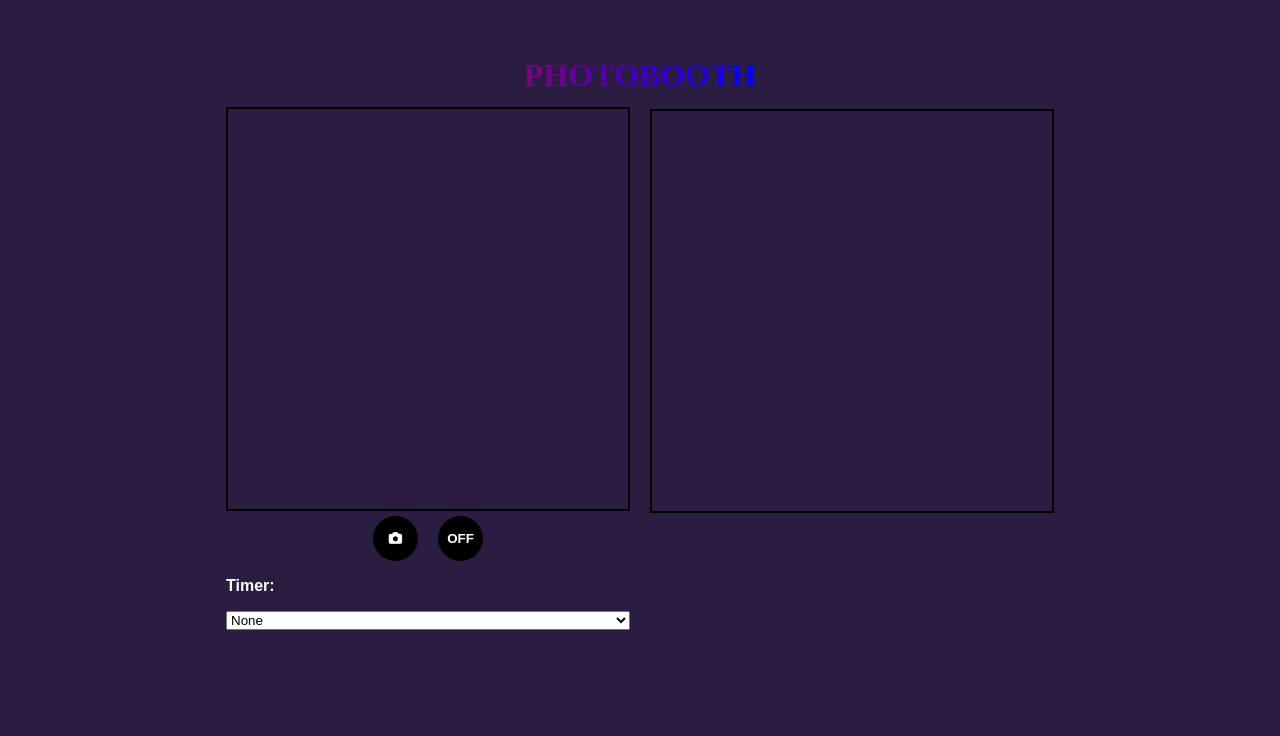
Repository: dmpelaez/photoBoothy
Page: Photobooth.html
An editor plug-in stored every save of this project. The page is shown before and after the next save, followed by the edit.
The browser window is 1280 px wide. The pictures show the whole page.
Some web libraries are served in a nearby version.

Above is the page before, as saved 2025-12-16 23:34:07.

After the next save:
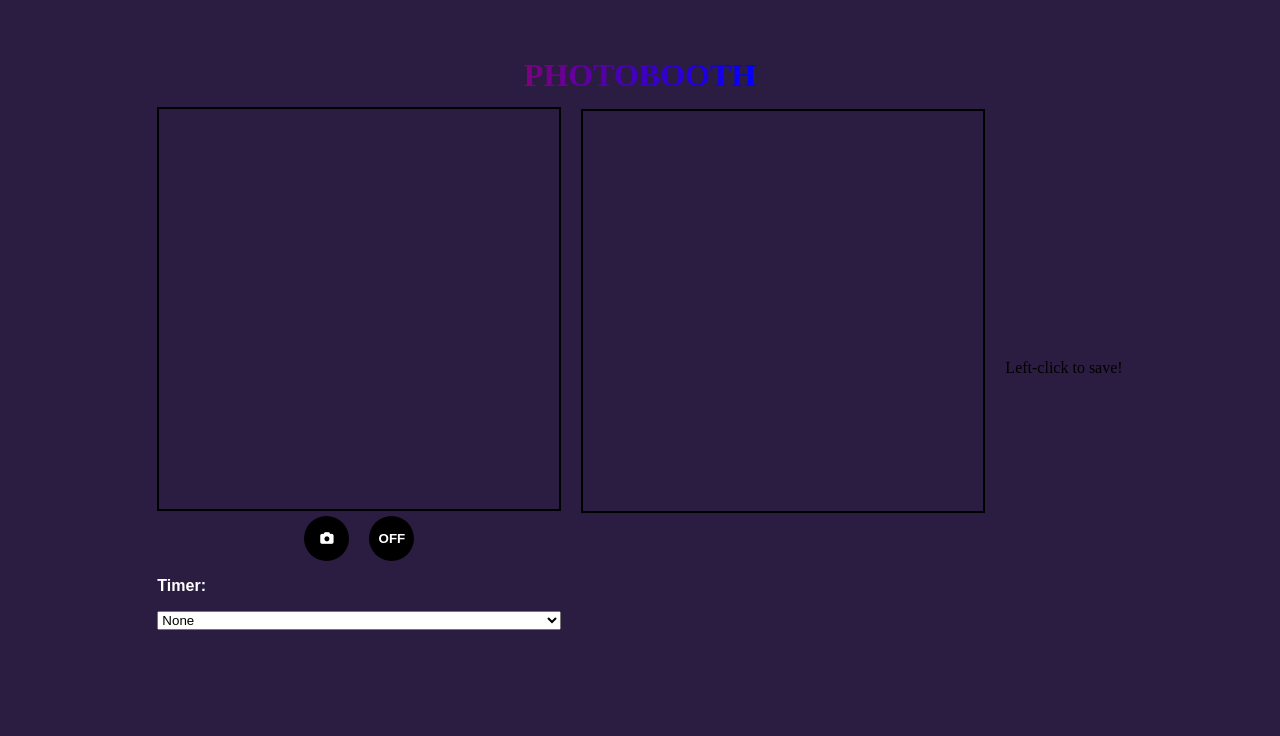
Saved 86 s later.
--- a/Photobooth.html
+++ b/Photobooth.html
@@ -35,6 +35,7 @@
       </div>
 
       <canvas id="canvas-image"></canvas>
+      <p class="save">Left-click to save!</p>
       <script src="Photobooth.js"></script>
     </body>
 
